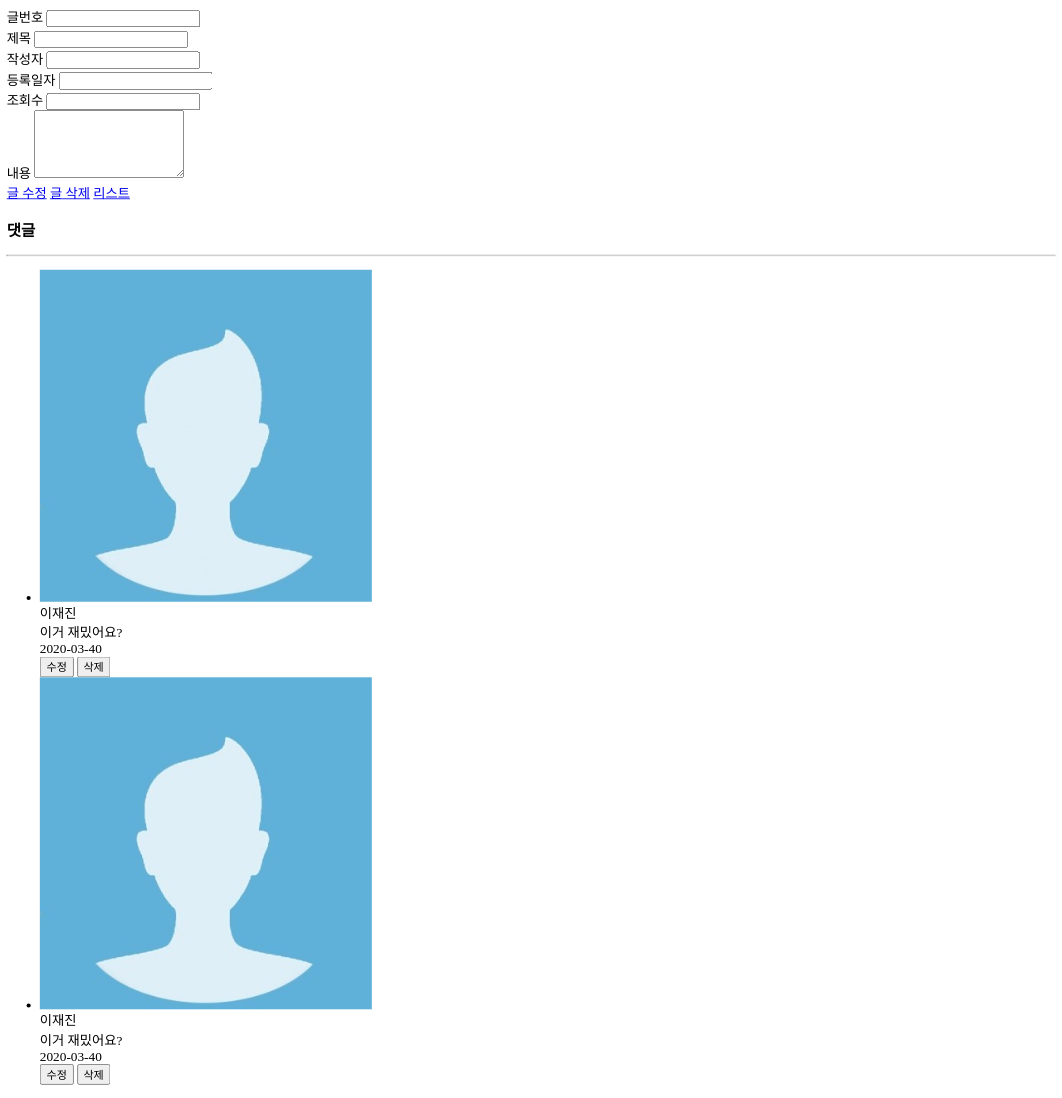
Repository: JaeJin2044/Community_spring
Page: http://localhost/Community/WEB-INF/views/board/detail.jsp
These files come from the project's save history. The page is drawn as it stood at one moment and after the next save; the edit follows.
The browser window is 1280 px wide. The pictures show the whole page, at 83% of full size.
The page is served by Tomcat 9. Nobody is signed in. Other server files are loaded and not shown. The template is opened directly, without the code that normally fills it, so the values that code supplies are empty.

Above is the page before, as saved 2021-03-29 07:23:07.

### Community/src/main/webapp/WEB-INF/views/board/detail.jsp
<%@ page language="java" contentType="text/html; charset=UTF-8"
    pageEncoding="UTF-8"%>
<%@ taglib prefix="c" uri="http://java.sun.com/jsp/jstl/core"%>

<section>
	<article>
		<div class="container" role="main">
			<form name="form" id="form" role="form" method="post"
				action="/board/write">
				<div class="mb-3">
					<label for="b_seq">글번호</label>
					 <input type="text" class="form-control" name="b_seq" id="b_seq"
						value="${data.b_seq}" readonly>
				</div>
				<div class="mb-3">
					<label for="b_title">제목</label>
					 <input type="text" class="form-control" name="b_title" id="b_title"
						value="${data.b_title}" readonly>
				</div>
				<div class="mb-3">
					<label for="b_writer">작성자</label>
					<input type="text" class="form-control" name="b_writer" id="b_writer"
						value="${data.b_writer}" readonly >
				</div>
				<div class="mb-3">
					<label for="b_regdate">등록일자</label>
					<input type="text" class="form-control" name="b_regdate" id="b_regdate"
						value="${data.b_regdate}" readonly >
				</div>
				<div class="mb-3">
					<label for="b_hitcounts">조회수</label>
					<input type="text" class="form-control" name="b_hitcounts" id="b_hitcounts"
						value="${data.b_hitcounts}" readonly >
				</div>
				<div class="mb-3">
					<label for="b_content">내용</label>
					<textarea class="form-control" rows="5" name="b_content" id="b_content" readonly
					>${data.b_content}</textarea>
				</div>
				<div>
				<c:if test="${loginUser.u_pk == data.u_pk}">
					<a href="/board/edit?b_pk=${data.b_pk}" class="btn btn-sm btn-primary">글 수정</a>
					<a href="/board/delete?b_pk=${data.b_pk}&b_category=${data.b_category}" class="btn btn-sm btn-primary">글 삭제</a>
				</c:if>
					<a href="/board/list?b_category=${data.b_category}" class="btn btn-sm btn-primary">리스트</a>
				</div>
			</form>
			<div class="reply-container">
			    <h3>댓글</h3>
			    <hr>
			    <ul class="reply-list">
			      <li>
			        <div class="reply-profile">
			          <img src="/profile.jpg" alt="기본이미지">
			        </div>
			        <div class="reply-title">이재진</div>
			        <div class="reply-content">이거 재밌어요?</div>
			        <div class="reply-regdate">2020-03-40</div>
			        <div class="reply-btn-list">
			          <button class="btn">수정</button>
			          <button class="btn">삭제</button>
			        </div>
			      </li>
			      <li>
			        <div class="reply-profile">
			          <img src="/profile.jpg" alt="기본이미지">
			        </div>
			        <div class="reply-title">이재진</div>
			        <div class="reply-content">이거 재밌어요?</div>
			        <div class="reply-regdate">2020-03-40</div>
			        <div class="reply-btn-list">
			          <button class="btn">수정</button>
			          <button class="btn">삭제</button>
			        </div>
			      </li>
			    </ul>
		  </div>
		</div>
	</article>
</section>

After the next save:
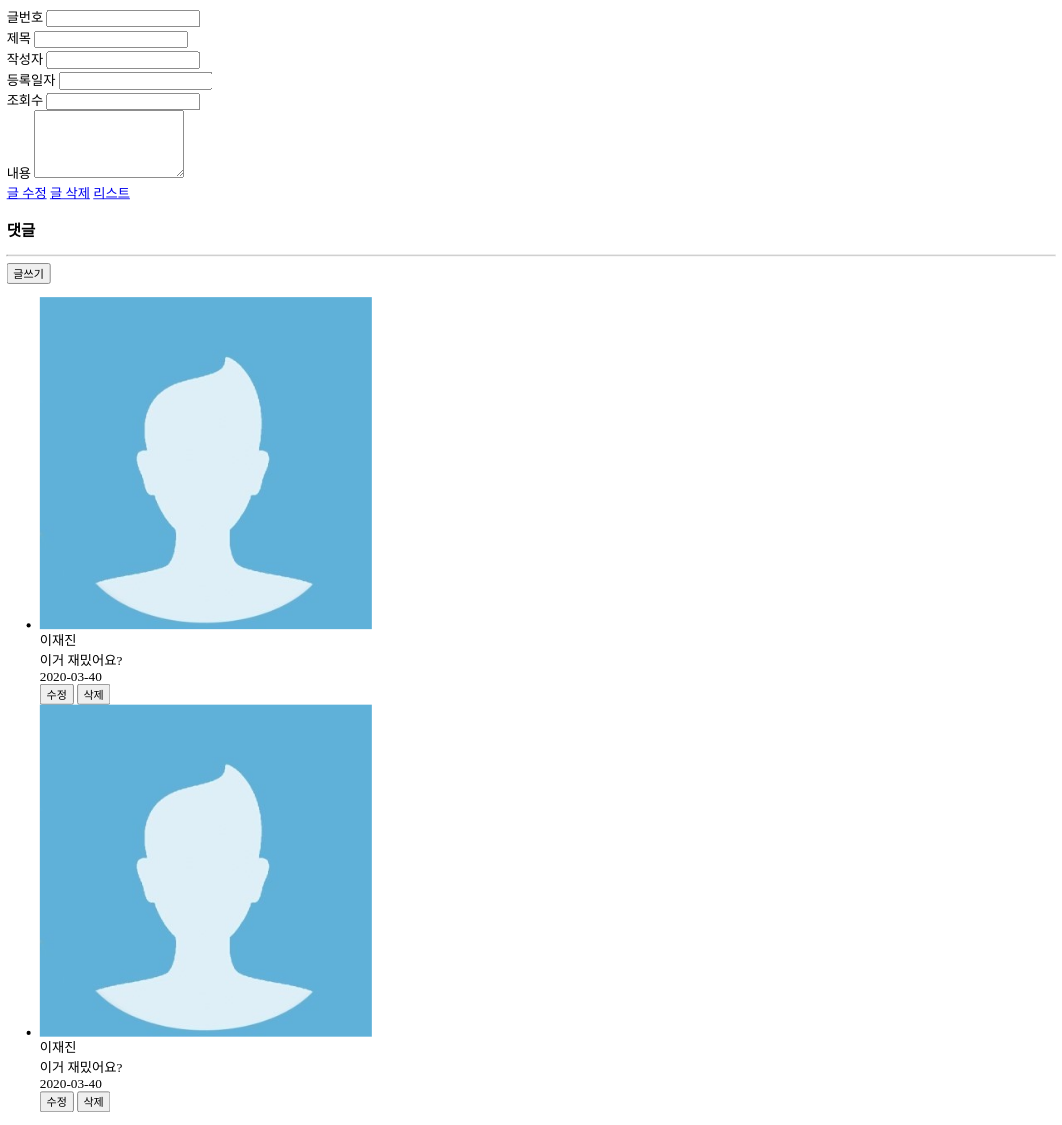
Saved 73 s later.
--- a/Community/src/main/webapp/WEB-INF/views/board/detail.jsp
+++ b/Community/src/main/webapp/WEB-INF/views/board/detail.jsp
@@ -48,6 +48,7 @@
 			<div class="reply-container">
 			    <h3>댓글</h3>
 			    <hr>
+			    <button class="btn">글쓰기</button>
 			    <ul class="reply-list">
 			      <li>
 			        <div class="reply-profile">
